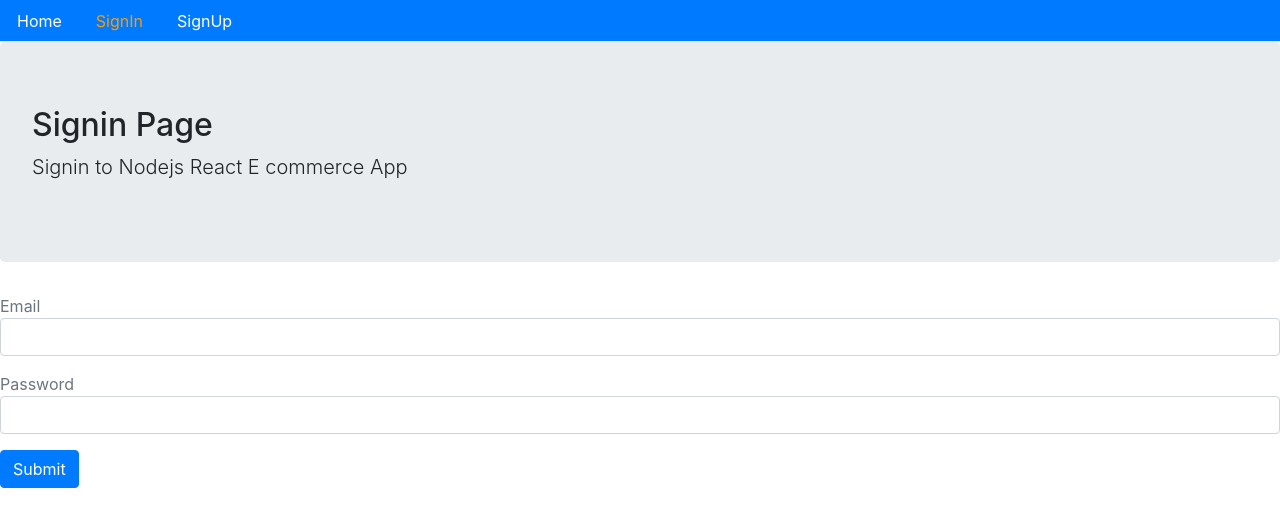
Repository: khanhnguyen1999/E-Commerce
Page: /signin (app in client/)
These files come from the project's save history. The page is drawn as it stood at one moment and after the next save; the edit follows.
The browser window is 1280 px wide. The pictures show the whole page.
The page's requests for data from a server got no answer. The project was rebuilt for these pictures with package versions that can differ from the ones it lists, and the page was loaded fresh each time. No one was signed in, and anything a server would have sent is missing. Also part of the build but not shown: client/src/user/Signup.js, client/src/Page/Home.js.

Above is the page before, as saved 2020-09-23 00:11:23.

After the next save:
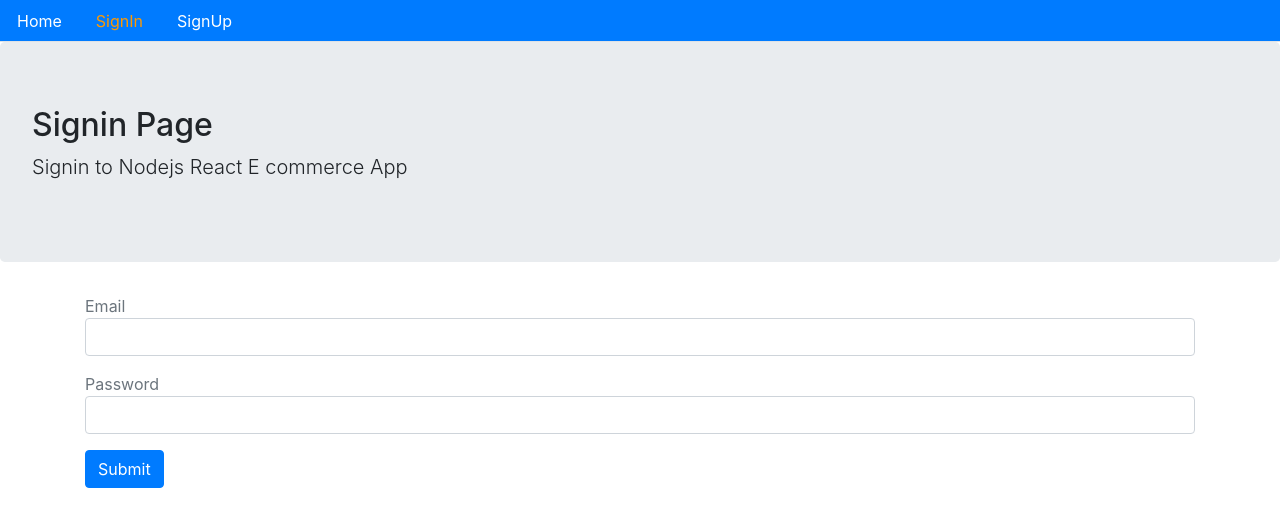
Saved 10 s later.
--- a/client/src/user/SignIn.js
+++ b/client/src/user/SignIn.js
@@ -65,7 +65,7 @@ export default function Signin(){
         </form>
     )
     return(
-        <Layout title="Signin Page" description="Signin to Nodejs React E commerce App">
+        <Layout title="Signin Page" description="Signin to Nodejs React E commerce App" className="container">
                 {showSuccess()}
                 {showError()}
                 {signInForm()}
